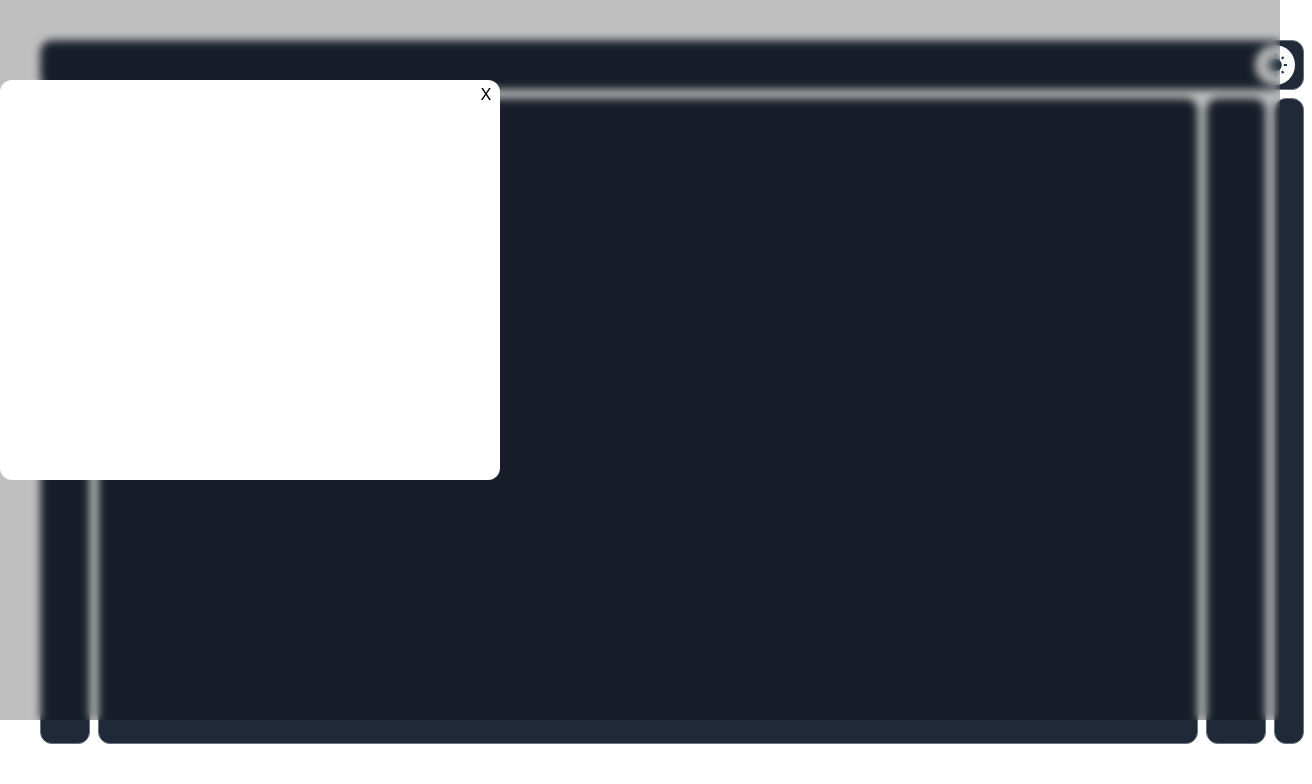
Repository: Wuiserous/Todo-App
Page: /, after clicking the first element matching `button.w-10`
These files come from the project's save history. The page is drawn as it stood at one moment and after a run of saves; the edit follows.
The browser window is 1280 px wide. The page is 1312 px wide, so the pictures cover 1312 px, including what lies to the right of the window. The pictures show the whole page.
The project was rebuilt for these pictures with package versions that can differ from the ones it lists, and the page was loaded fresh each time. Also part of the build but not shown: vite.config.js.

Above is the page before, as saved 2024-11-10 12:40:45.

### src/index.css
/* src/index.css */
@tailwind base;
@tailwind components;
@tailwind utilities;

:root {
  font-family: Inter, system-ui, Avenir, Helvetica, Arial, sans-serif;
  line-height: 1.5;
  font-weight: 400;

  color-scheme: light dark;
  color: rgba(255, 255, 255, 0.87);
  background-color: black;

  font-synthesis: none;
  text-rendering: optimizeLegibility;
  -webkit-font-smoothing: antialiased;
  -moz-osx-font-smoothing: grayscale;
}

a {
  font-weight: 500;
  color: #646cff;
  text-decoration: inherit;
}
a:hover {
  color: #535bf2;
}

h1 {
  font-size: 3.2em;
  line-height: 1.1;
}


button:hover {
  border-color: #646cff;
}
button:focus,
button:focus-visible {
  outline: 4px auto -webkit-focus-ring-color;
}

@media (prefers-color-scheme: light) {
  :root {
    color: #213547;
    background-color: #ffffff;
  }
  a:hover {
    color: #747bff;
  }
  button {
    background-color: #f9f9f9;
  }
}

### src/App.jsx
import { useState } from 'react'
import './App.css'
import { MdWbSunny } from "react-icons/md";
import { AiFillMoon } from "react-icons/ai";
import { IoMdAddCircle } from "react-icons/io";
import ToolBar from './components/ToolBar'
import NavBar from './components/NavBar'
import TaskSpace from './components/TaskSpace'
import Modal from './components/Modal'
import ProgressSpace from './components/ProgressSpace'
import MotivationSpace from './components/MotivationSpace'

function App() {
  const [darkMode, setDarkMode] = useState(false)
  const [showModal, setShowModal] = useState(false)
  const hideModal = () => setShowModal(false)
  return (
    <div className='w-[100vw] overflow-hidden p-2 gap-2 h-[100vh] grid grid-cols-[50px_1100px_60px_1fr] grid-rows-[50px_1fr_1fr_1fr]'>
      <ToolBar bgColor={darkMode?'bg-gray-100' : 'bg-gray-800'} Button={<button className="w-10 focus:outline-none h-10 rounded-full flex items-center justify-center" onClick={() => setShowModal(true)}><IoMdAddCircle className={`${darkMode ? 'text-black' : 'text-white'}`} size={40} /></button>} />
      <NavBar Button={<button className="w-10 h-10 focus:outline-none rounded-full flex items-center justify-center" onClick={() => setDarkMode(!darkMode)}>{darkMode ? <AiFillMoon className='text-black' size={25} /> : <MdWbSunny size={25} />}</button>} bgColor={darkMode?'bg-gray-100' : 'bg-gray-800' }/>
      <TaskSpace bgColor={darkMode?'bg-gray-100' : 'bg-gray-800' } />
      <ProgressSpace bgColor={darkMode?'bg-gray-100' : 'bg-gray-800' } />
      <MotivationSpace bgColor={darkMode?'bg-gray-100' : 'bg-gray-800' } />
      <Modal Show={showModal} hide={hideModal} />
    </div>
  )
}

export default App

### src/components/ToolBar.jsx
export default function ToolBar(props) {
    return (
      <div className={`border ${props.bgColor} border-gray-500 p-2 flex justify-center rounded-xl col-span-1 row-start-2 row-end-5`}>
        {props.Button}
      </div>
    )
}

### src/components/NavBar.jsx
import { useState } from 'react'

export default function NavBar(props) {
    return (
      <div className={`rounded-xl col-span-4 border ${props.bgColor} border-gray-500 flex items-center justify-end p-2`}>
        {props.Button}
      </div>
    )
}

### src/components/TaskSpace.jsx
export default function TaskSpace(props) {
    return (
      <div className={`rounded-xl col-start-2 row-start-2 row-end-5 border ${props.bgColor} border-gray-500`}></div>
    )
}

### src/components/Modal.jsx
import { useState, useEffect } from "react";

export default function Modal(props) {
    const [isVisible, setIsVisible] = useState(false);

    useEffect(() => {
        if (props.Show) {
            // Trigger animation when modal is shown
            setIsVisible(true);
        } else {
            // Reset visibility state when modal is hidden
            setIsVisible(false);
        }
    }, [props.Show]);

    if (!props.Show) return null;

    const hide = (e) => {
        if (e.target.id === "wrapper") props.hide();
    };

    return (
      <div
        className="fixed inset-0 bg-black bg-opacity-25 backdrop-blur-sm"
        id="wrapper"
        onClick={hide}
      >
        <div
          className={`relative w-[500px] top-20 left-15 h-[400px] bg-white rounded-xl flex flex-col justify-center items-center text-black transform transition-all duration-500 ${
            isVisible ? "scale-100 opacity-100" : "scale-50 opacity-0"
          }`}
        >
          <button
            onClick={props.hide}
            className="absolute top-1 right-1 w-5 h-5 p-2 flex items-center justify-center rounded-full focus:outline-none bg-transparent text-black"
          >
            X
          </button>
        </div>
      </div>
    );
}

### src/components/ProgressSpace.jsx
export default function ProgressSpace(props) {
    return (
      <div className={`rounded-xl row-start-2 row-end-5 col-start-3 col-end-4 border ${props.bgColor} border-gray-500`}></div>
    )
}

### src/components/MotivationSpace.jsx
export default function MotivationSpace(props) {
    return (
      <div className={`rounded-xl row-start-2 row-end-5 col-start-4 col-end-4 col-span-3 border ${props.bgColor} border-gray-500`}></div>
    )
}

Loaded but not shown: src/main.jsx (common file); src/App.css (common file); tailwind.config.js (common file)

After the next 2 saves:
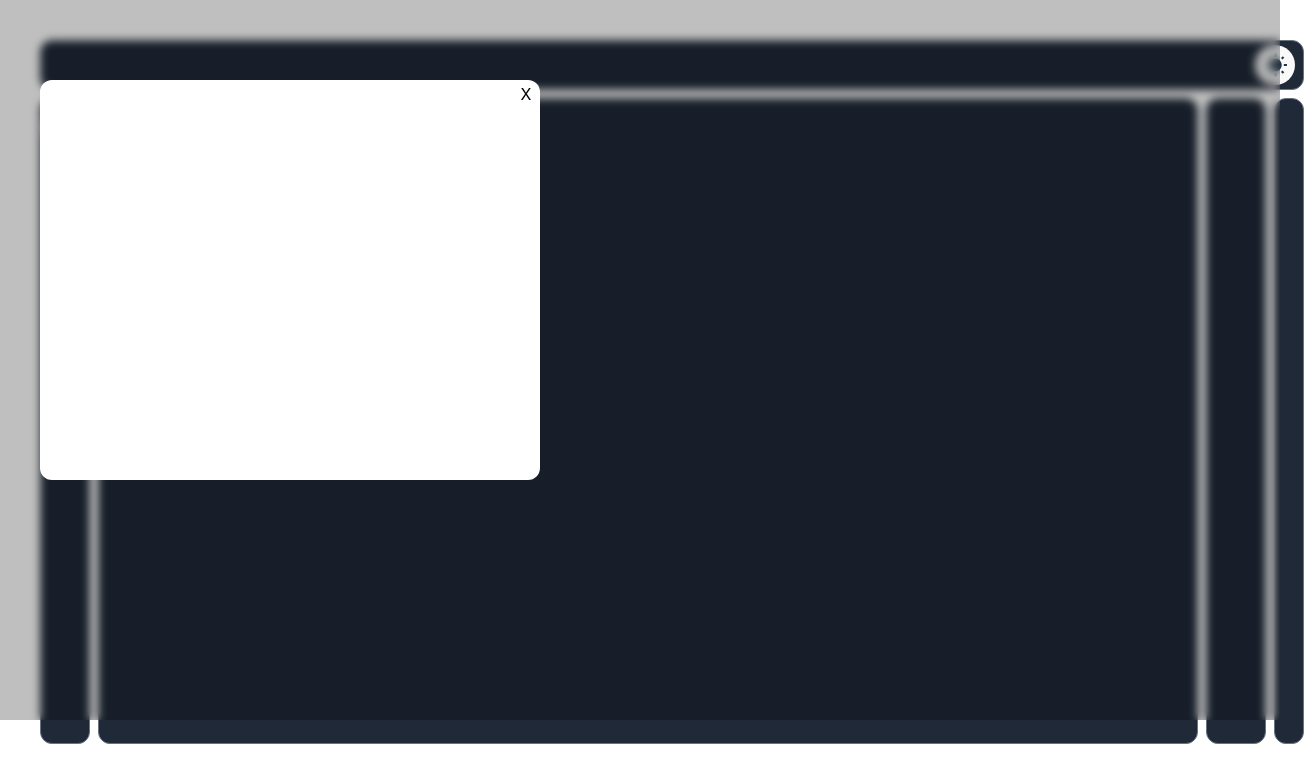
The 2 saves are shown as one change because they came seconds apart.
The last was saved 6 s later.
--- a/src/components/Modal.jsx
+++ b/src/components/Modal.jsx
@@ -26,7 +26,7 @@
         onClick={hide}
       >
         <div
-          className={`relative w-[500px] top-20 left-15 h-[400px] bg-white rounded-xl flex flex-col justify-center items-center text-black transform transition-all duration-500 ${
+          className={`relative w-[500px] top-20 left-10 h-[400px] bg-white rounded-xl flex flex-col justify-center items-center text-black transform transition-all duration-500 ${
             isVisible ? "scale-100 opacity-100" : "scale-50 opacity-0"
           }`}
         >

After the save that followed:
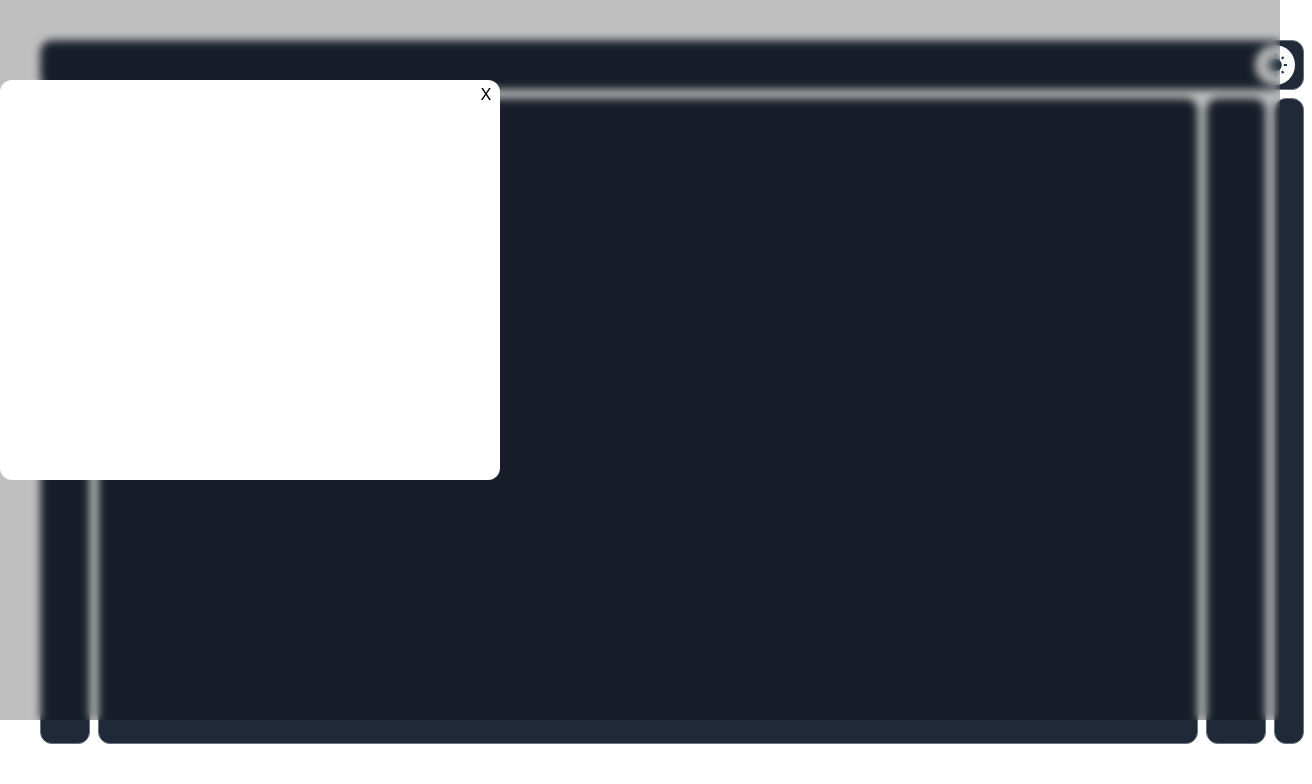
Saved 10 s later.
--- a/src/components/Modal.jsx
+++ b/src/components/Modal.jsx
@@ -26,7 +26,7 @@
         onClick={hide}
       >
         <div
-          className={`relative w-[500px] top-20 left-10 h-[400px] bg-white rounded-xl flex flex-col justify-center items-center text-black transform transition-all duration-500 ${
+          className={`relative w-[500px] top-20 left-18 h-[400px] bg-white rounded-xl flex flex-col justify-center items-center text-black transform transition-all duration-500 ${
             isVisible ? "scale-100 opacity-100" : "scale-50 opacity-0"
           }`}
         >
